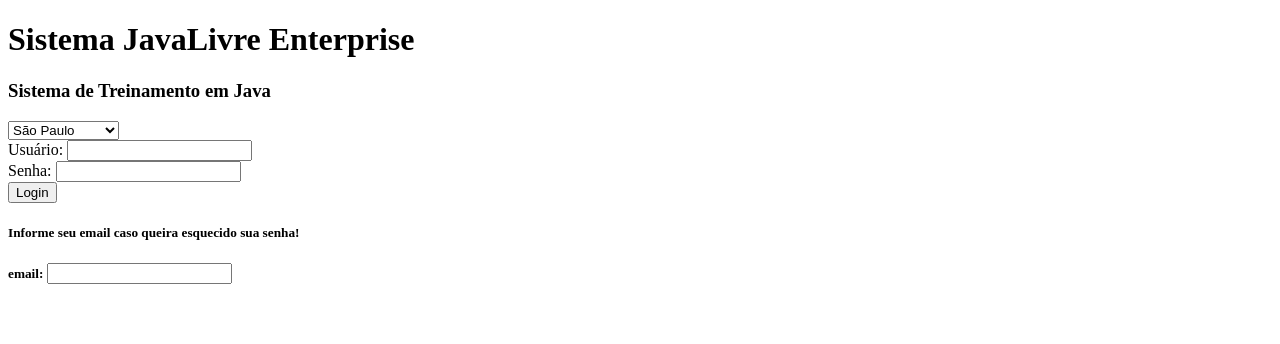
Repository: marciojv/treina-java
Page: workspace/JavaLivre/src/html/login.html
An editor plug-in stored every save of this project. The page is shown before and after the next save, followed by the edit.
The browser window is 1280 px wide. The pictures show the whole page.

Above is the page before, as saved 2017-06-10 13:28:38.

### workspace/JavaLivre/src/html/login.html
<!DOCTYPE html>
<html>
<head>
<meta charset="UTF-8">
<title>Login</title>
</head>
<body>
<h1>Sistema JavaLivre Enterprise</h1>
<h3>Sistema de Treinamento em Java</h3>

<form action="login.html">

<select name="estado" >
  <option value="PR">Paraná</option>
  <option value="SC">Santa Catarina</option>
  <option selected value="SP">São Paulo</option>
</select>

<div>
Usuário: <input type="text" name="login"><br>
Senha:   <input type="text" name="senha"><br>
         <input type="submit" value="Login"><br>
</div>

</form>

<form action="login.html">
<h5>Informe seu email caso queira esquecido sua senha!<h5>
email: <input type="text" name="email"><br>

</form>


</body>
</html>

After the next save:
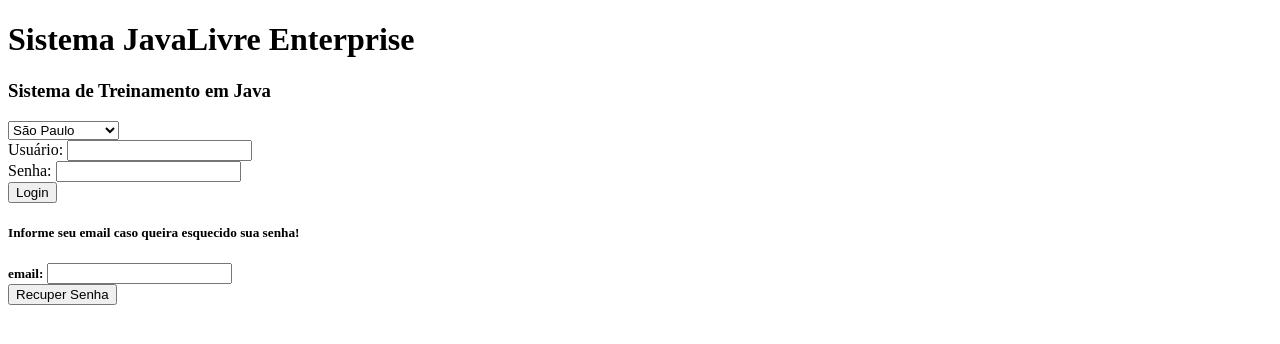
Saved 38 s later.
--- a/workspace/JavaLivre/src/html/login.html
+++ b/workspace/JavaLivre/src/html/login.html
@@ -27,7 +27,7 @@ Senha:   <input type="text" name="senha"><br>
 <form action="login.html">
 <h5>Informe seu email caso queira esquecido sua senha!<h5>
 email: <input type="text" name="email"><br>
-
+       <input type="submit" value="Recuper Senha"><br>
 </form>
 
 
